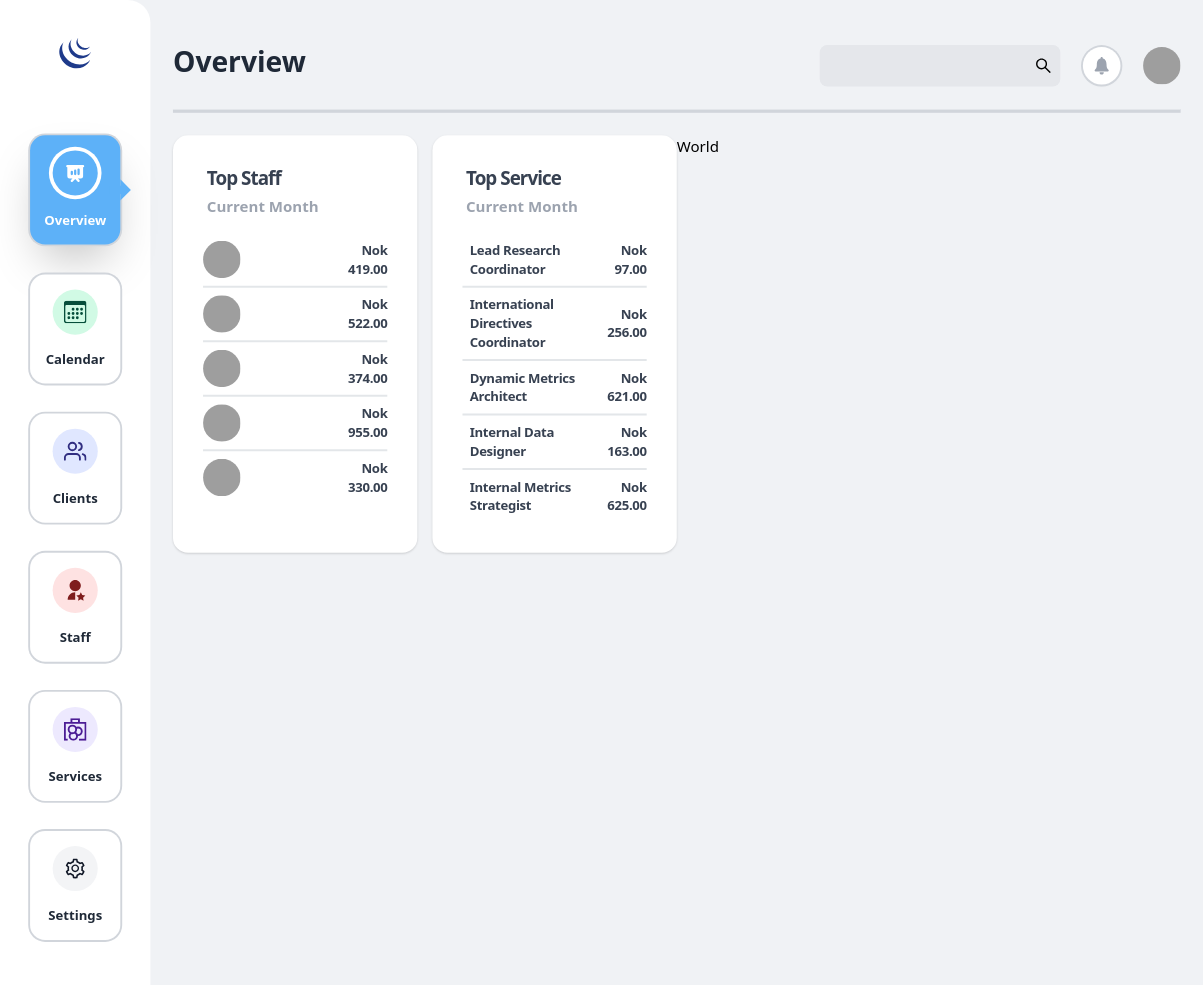
Repository: coolronts/dashboard
Page: /
The author's editor kept a copy of each file at every save. The page is drawn from the files as they stood at one save, then again after the next save.
The browser window is 1280 px wide. The pictures show the whole page, at 94% of full size.
Pictures or frames that could not be fetched are drawn as grey boxes. The project was rebuilt for these pictures with package versions that can differ from the ones it lists, and the page was loaded fresh each time. Also part of the build but not shown: craco.config.js.

Above is the page before, as saved 2021-11-28 02:39:37.

### src/index.tsx
import './index.css';

import App from './App';
import React from 'react';
import ReactDOM from 'react-dom';

ReactDOM.render(
  <React.StrictMode>
    <App />
  </React.StrictMode>,
  document.getElementById('root')
);

### src/App.tsx
import './App.css';

import Home from './Pages/Home'

function App() {
  return (
    <div className="App">
      <Home/>
    </div>
  );
}

export default App;

### src/App.css
* {
    margin: 0;
    padding: 0;
}

.App {
    background-color: #F0F2F5;
}

### src/Pages/Home/index.tsx
import LeftDrawer from '../../Units/LeftDrawer'
import SectionHeader from '../../Units/SectionHeader'
import SplitScreen from '../../Components/SplitScreen'
import TopService from '../../Units/TopService'
import TopStaff from '../../Units/TopStaff'

const Home: React.FC = () => {
  const styles = {
    leftDrawer: 'bg-white px-8 rounded-tr-3xl py-8',
  }
  return (
    <div className="flex">
      <div className={styles.leftDrawer}>
        <LeftDrawer/>
      </div>
      <div className="flex-1 mx-6 mt-12">
        <SectionHeader />
        <hr className="bg-gray-300 h-1 my-6" />
        <SplitScreen leftWeight="w-1/2" rightWeight="w-1/2" >
          <div className="w-full flex justify-between">
            <TopStaff />
            <div className="w-4"/>
            <TopService />
          </div>
          <div>World</div>
        </SplitScreen>

      </div>
    </div>
  )
}

export default Home

### src/Units/LeftDrawer/index.tsx
import { Calendar, Clients, Overview, Services, Settings, Staff } from '../../Components/Icons'

import {CompanyLogo} from '../../Components/Icons'
import Logo from '../../Components/Logo'

const LeftDrawer: React.FC = () => {
  const styles = {
    CompanyLogo: "text-5xl text-blue-900 w-full mb-12",
    menu: "flex flex-col justify-between bg-blue.primary"
  }
  const icons = [
    { Icon: <Overview />, name: 'overview', color: 'blue', active: true },
    { Icon: <Calendar />, name: 'calendar', color: 'green', active: false },
    { Icon: <Clients />, name: 'clients', color: 'indigo', active: false  },
    { Icon: <Staff />, name: 'staff', color: 'red', active: false  },
    { Icon: <Services />, name: 'services', color: 'purple', active: false  },
    { Icon: <Settings />, name: 'settings', color: 'gray', active: false  },
  ]

  return (
    <div className="m-auto">
      <CompanyLogo className={styles.CompanyLogo}/>
      <div className={styles.menu}>
        {icons.map((icon, index) =>  <Logo Icon={icon.Icon} name={icon.name} color={icon.color} key={index} active={icon.active} />)}
      </div>
    </div>
  )

}

export default LeftDrawer

### src/Units/SectionHeader/index.tsx
import Avatar from '../../Components/Avatar'
import {Notification} from '../../Components/Buttons'
import {Notifications} from '../../Components/Icons'
import TextBox from '../../Components/TextBox'

const SectionHeader: React.FC = () => {
  const styles = {
    heading: "text-3xl text-gray-800 font-bold",
    body: "flex justify-between",
    leftComponent: "flex items-center justify-around"
  }
  return (
    <div className={styles.body}>
      <h1 className={styles.heading}>Overview</h1>
      <div className={styles.leftComponent}>
        <TextBox />
        <Notification Icon={<Notifications />} />
        <Avatar />
      </div>
    </div>
  )
}

export default SectionHeader

### src/Components/SplitScreen/index.tsx
import tw from "tailwind-styled-components"

interface SplitScreenProps {
  children: React.ReactNode[];
  containerWeight?: string;
  leftWeight?: string;
  rightWeight?: string;
}
const SplitScreen: React.FC<SplitScreenProps> = ({
	children,
	containerWeight = 'flex w-full',
  leftWeight = 'w-1/2',
	rightWeight = 'w-full',
}) => {
  const Container = tw.div``;
  const Pane = tw.div``;

	const [left, right] = children;
	return (
		<Container className={containerWeight}>
			<Pane className={leftWeight}>
				{left}
			</Pane>
			<Pane className={rightWeight}>
				{right}
			</Pane>
		</Container>
	);
}

export default SplitScreen

### src/Units/TopService/index.tsx
import { useEffect, useState } from 'react'

import Card from '../../Components/Card'
import createRandomData from '../../api/TopService'

interface dataProps {
  position: string,
  price: number
}
const TopService: React.FC = () => {
  const [data, setData] = useState<dataProps[]>([])
  const styles = {
    table: `bg-white w-full divide-solid divide-y-2 divide-opacity-60 divide-gray-300 text-gray-700`,
    row: `flex text-sm items-center font-semibold font-sans tracking-tight py-2`
  }

  if (data.length === 0) {
    createRandomData(5)
      .then(response => setData(response))
  }
  useEffect(() => { }, [data])

  return (
    <Card size="sm" Element={
      <div className="px-6">
        <div className="px-1 mb-4 font-semibold font-sans capitalize">
          <p className="tracking-tighter text-xl text-gray-700">Top Service</p>
          <p className="text-md text-gray-400 pt-1">Current month</p>
        </div>
        <div className={styles.table}>
          {data.map((item, i) => (
            <div className={styles.row} key={i}>
              <p className="ml-2">{item.position}</p>
              <div className="w-1/3 text-right">
                <p className="">Nok {item.price}</p>
              </div>
            </div>
          ))}
        </div>
      </div>
    }/>
  )
}

export default TopService

### src/Units/TopStaff/index.tsx
import Avatar from '../../Components/Avatar'
import Card from '../../Components/Card'
import createRandomData from '../../api/TopStaff'
import {useState} from 'react'

interface dataProps {
  avatar: string,
  name: string,
  price: number
}
const TopStaff: React.FC = () => {
  const [data, setData] = useState<dataProps[]>([])
  if (data.length === 0) {
    createRandomData(5)
    .then(response => setData(response))
  }

  const styles = {
    table: `bg-white w-full divide-solid divide-y-2 divide-opacity-60 divide-gray-300 text-gray-700`,
    row: `flex text-sm items-center font-semibold font-sans tracking-tight py-2`
  }
  return (
    <Card size="sm" Element={
      <div className="px-6">
        <div className="px-1 mb-4 font-semibold font-sans capitalize">
          <p className="tracking-tighter text-xl text-gray-700">Top Staff</p>
          <p className="text-md text-gray-400 pt-1">Current month</p>
        </div>
        <div className={styles.table}>
          {data.map((item, i) => (
            <div className={styles.row} key={i}>
              <div className="w-2/3 flex items-center">
                <Avatar img={item.avatar}/>
                <p className="ml-2">{item.name}</p>
              </div>
              <div className="w-1/3 text-right">
                <p className="">Nok {item.price}</p>
              </div>
            </div>
          ))}
        </div>
      </div>
    } />
  )
}

export default TopStaff

### src/Components/Icons/index.tsx
import {AiOutlineSearch} from 'react-icons/ai'
import {AiOutlineSetting} from 'react-icons/ai'
import {BsCalendar3} from 'react-icons/bs'
import {DiJqueryLogo} from 'react-icons/di'
import {FiUsers} from 'react-icons/fi'
import {GrBusinessService} from 'react-icons/gr'
import { HiPresentationChartBar } from 'react-icons/hi'
import {ImArrowRight} from 'react-icons/im'
import {IoIosNotifications} from 'react-icons/io'
import { RiUserStarFill } from 'react-icons/ri'

export {
  HiPresentationChartBar as Overview,
  BsCalendar3 as Calendar,
  FiUsers as Clients,
  RiUserStarFill as Staff,
  GrBusinessService as Services,
  AiOutlineSetting as Settings,
  ImArrowRight as ArrowRight,
  DiJqueryLogo as CompanyLogo,
  AiOutlineSearch as Search,
  IoIosNotifications as Notifications
}

### src/Components/Logo/index.tsx
import {ArrowRight} from '../Icons'
import React from 'react';

interface IconProps {
  Icon: React.ReactNode;
  name: string,
  color: string,
  active?: boolean
}


const Logo: React.FC<IconProps> = ({ Icon, name, color, active=false }) => {

  const styles = {
    body:`relative group my-4 text-2xl px-12 py-4 bg-white ring-2 ring-gray-300 w-20 rounded-2xl flex flex-col items-center justify-around hover:bg-blue-primary hover:shadow-2xl cursor-pointer ${active ? 'bg-blue-primary shadow-2xl' :'bg-white'}`,
    name: `${active ? 'text-white': 'text-gray-800'} group-hover:text-white capitalize text-sm font-semibold mt-4`,
    icon: `${active ? 'bg-blue-primary text-white': `bg-${color}-100 text-${color}-900`} rounded-full p-3 group-hover:bg-blue-primary group-hover:text-white ring-4 ring-white`,
    arrowRight: `${active?'text-blue-primary': 'text-transparent'} absolute -right-3 text-transparent`
  }
  return (
    <div className={styles.body}>
      <div className={styles.icon}> {Icon} </div>
      <p className={styles.name}> {name} </p>
      <ArrowRight className={styles.arrowRight}/>
    </div>
  )
}

export default Logo

### src/Components/Avatar/index.tsx
interface AvatarProps {
  img?: string;
  radius?: number;
}
const imgLink="https://images.unsplash.com/photo-1472099645785-5658abf4ff4e?ixlib=rb-1.2.1&ixid=eyJhcHBfaWQiOjEyMDd9&auto=format&fit=facearea&facepad=2&w=256&h=256&q=80"

const Avatar: React.FC<AvatarProps> = ({ img = imgLink, radius = 10 }) => {
  console.log(img)
  const styles = {
    avatar:`inline-block h-${radius} w-${radius} rounded-full cursor-pointer`
  }
  return (
    <div>
      <img
        className={styles.avatar}
        src={img}
        alt=""
      />
    </div>
  )
}

export default Avatar

### src/Components/Buttons/index.tsx
interface NotificationProps{
  Icon: React.ReactNode;
}

export const Notification: React.FC<NotificationProps> = ({ Icon }) => {
  const styles = {
    icon: "ring-2 ring-gray-300 text-2xl font-bold p-2 bg-white rounded-full mx-6 shadow text-gray-400 cursor-pointer hover:shadow-2xl"
  }
  return (
    <>
      <div className={styles.icon}>{Icon}</div>
    </>
  )
}

### src/Components/TextBox/index.tsx
import {Search} from '../Icons'

const TextBox: React.FC = () => {
  const styles = {
    body: "relative",
    textBox: "bg-gray-200 w-64 rounded-lg py-3 px-4 font-semibold text-sm focus:ring-2 ring-gray-600 outline-none",
    searchIcon: "absolute right-2 top-3 text-xl"
  }

  return (
    <div className={styles.body}>
      <input className={styles.textBox} type="text" />
      <Search className={styles.searchIcon}/>

    </div>
  )
}

export default TextBox

### src/Components/Card/index.tsx
import { ReactNode } from "react"

interface CardProps {
  size?: string;
  Element: ReactNode
}

const Card: React.FC<CardProps> = ({ size, Element}) => {
  const styles = {
    body: `bg-white px-2 py-8 rounded-2xl shadow ${size==='sm' ? 'w-3/6': 'w-full'}` ,
  }
  return (
    <div className={styles.body}>
      {Element}
    </div>
  )
}

export default Card

### src/api/TopService.ts
var faker = require('faker')

const createRandomData = async (n: number) => {
  let data = []
  for (let i = 0; i < n; i++) {
    await data.push({
      position: faker.name.jobTitle(),
      price: faker.commerce.price()
    })
  }
  console.log(data)
  return data
}

export default createRandomData

### src/api/TopStaff.ts
var faker = require('faker')

const createRandomData = async (n: number) => {
  let data = []
  for (let i = 0; i < n; i++) {
    await data.push({
      position: faker.name.jobTitle(),
      price: faker.commerce.price()
    })
  }
  return data
}

export default createRandomData

### tailwind.config.js
module.exports = {
    purge: ["./src/**/*.{js,jsx,ts,tsx}", "./public/index.html"],
    darkMode: false, // or 'media' or 'class'
    theme: {
        extend: {
            colors: {
                blue: {
                    primary: "#5DB1F8",
                    secondary: "#38A3FF",
                    tertiary: "#1D90F3",
                },
            },
        },
    },
    variants: {
        extend: {},
    },
    plugins: [],
};

Loaded but not shown: public/index.html (common file); src/index.css (common file)

After the next save:
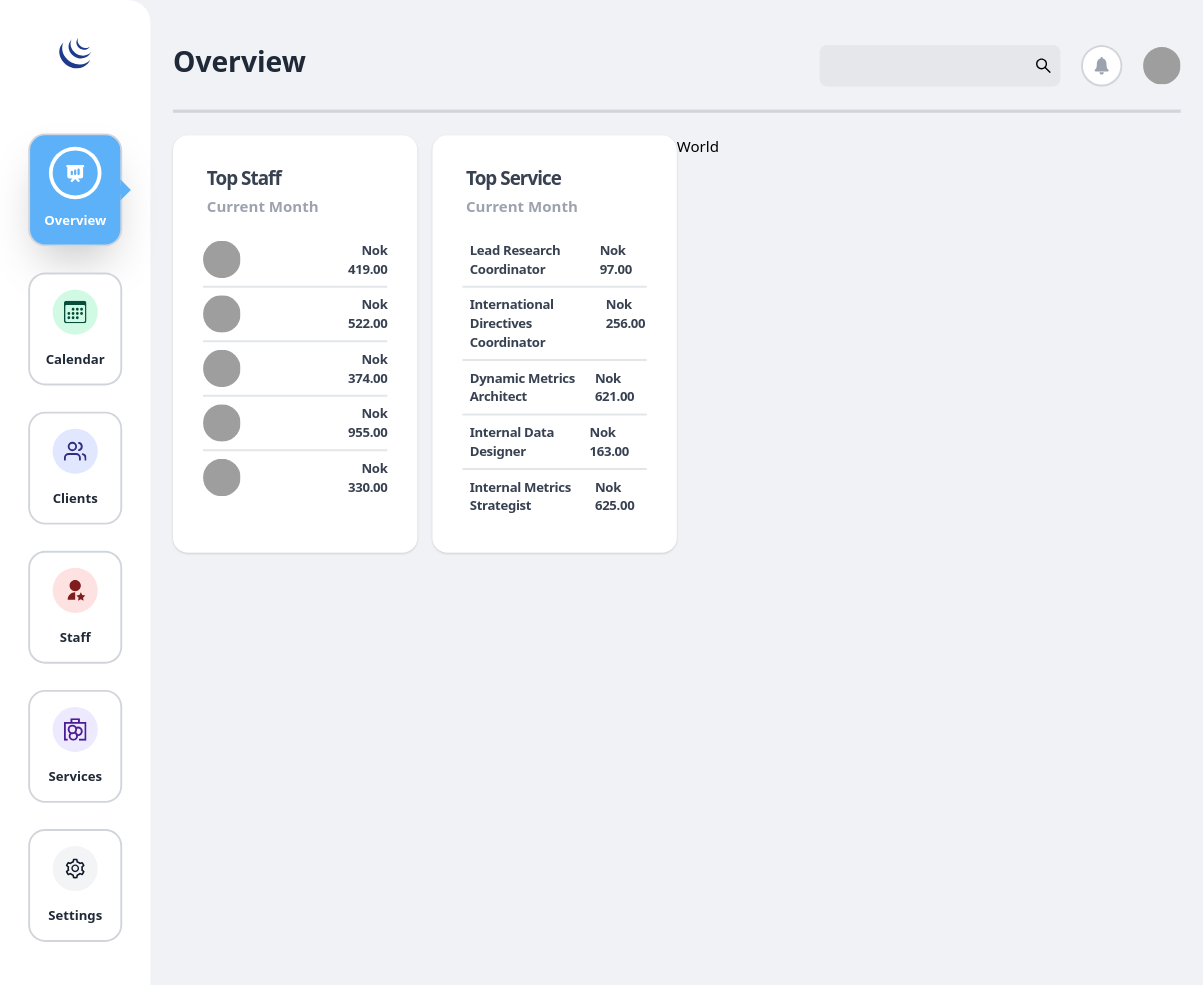
Saved 2 min 31 s later.
--- a/src/Units/TopService/index.tsx
+++ b/src/Units/TopService/index.tsx
@@ -30,8 +30,8 @@ const TopService: React.FC = () => {
         <div className={styles.table}>
           {data.map((item, i) => (
             <div className={styles.row} key={i}>
-              <p className="ml-2">{item.position}</p>
-              <div className="w-1/3 text-right">
+              <div className="flex justify-between">
+                <p className="ml-2">{item.position}</p>
                 <p className="">Nok {item.price}</p>
               </div>
             </div>
